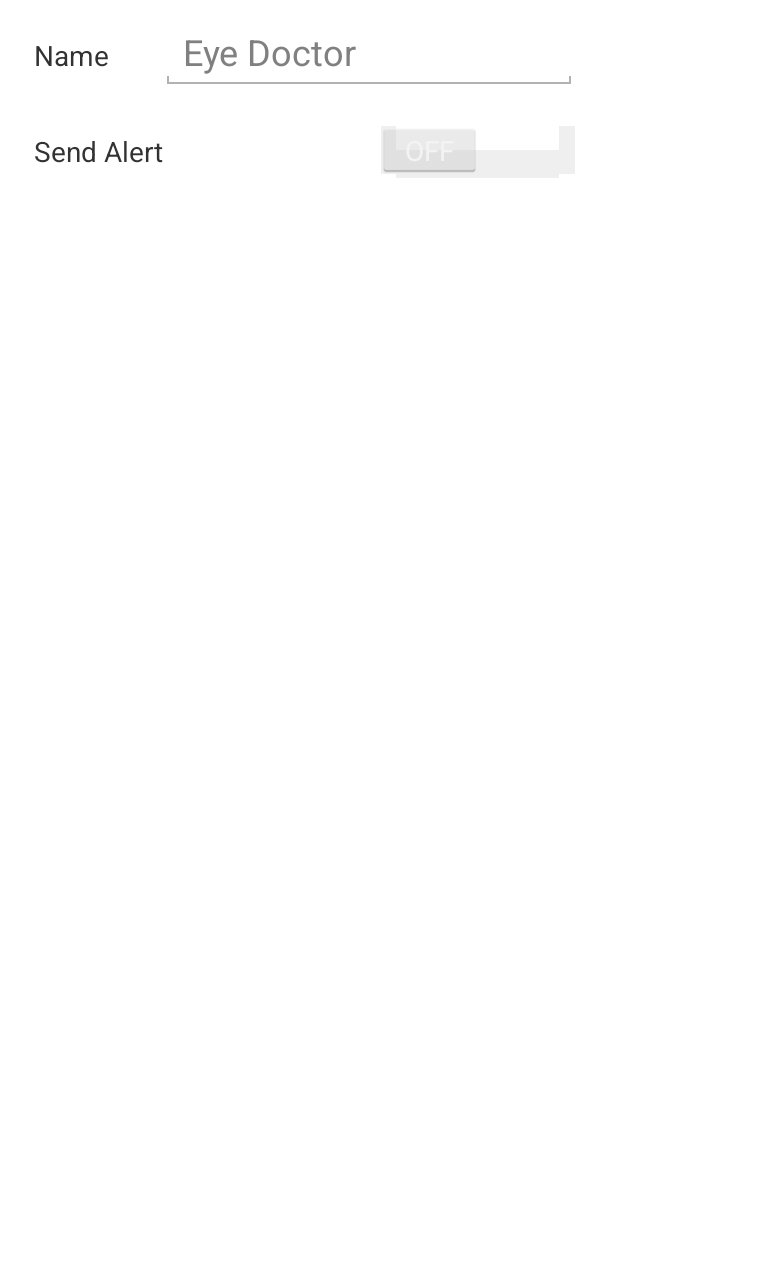
Repository: ranika/pilltracker
Layout: PillTracker/res/layout/fragment_doctor_edit.xml
The author's editor kept a copy of each file at every save. The layout is drawn from the files as they stood at one save, then again after a run of saves.
It is drawn on a 768 x 1280 px phone screen (xhdpi) without system bars, with theme AppTheme; the app's code is not run.

Above is the layout before, as saved 2014-04-10 05:46:35.

After the next 2 saves:
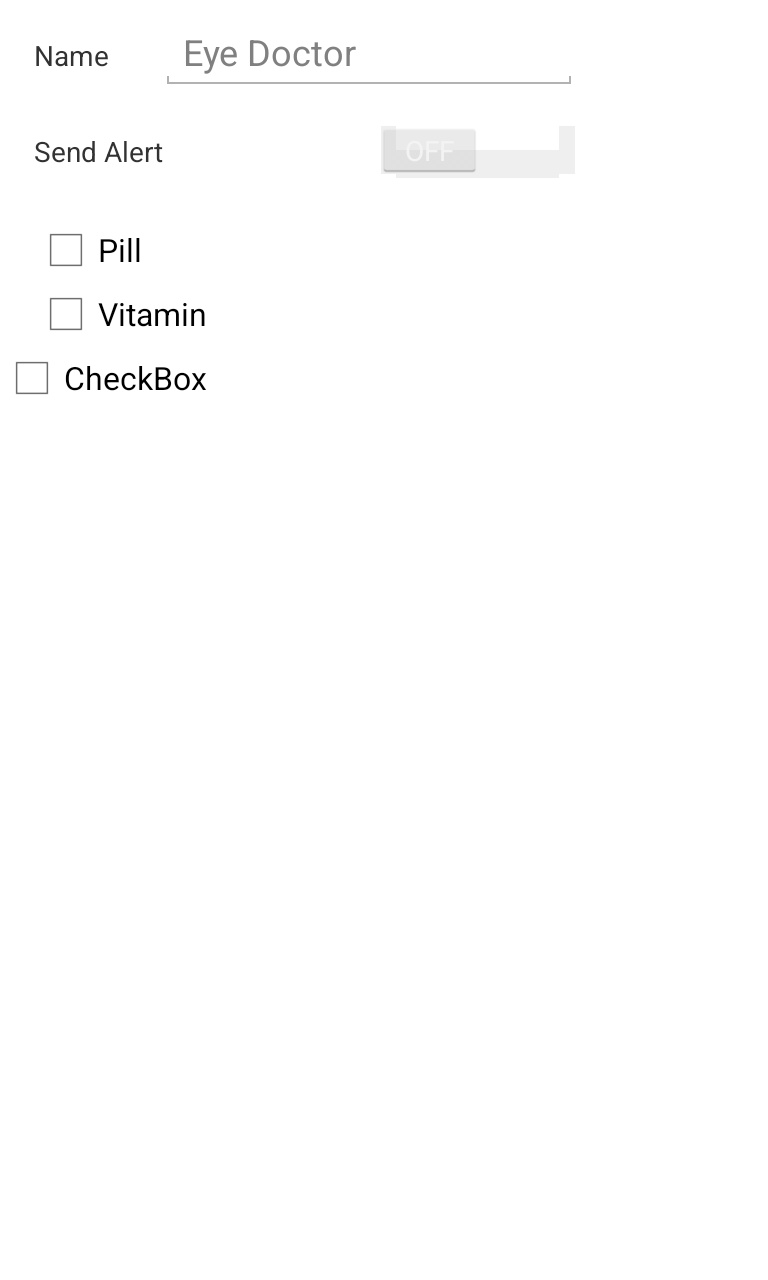
The 2 saves are shown as one change because they came seconds apart.
The last was saved 78 s later.
--- a/PillTracker/res/layout/fragment_doctor_edit.xml
+++ b/PillTracker/res/layout/fragment_doctor_edit.xml
@@ -41,4 +41,29 @@
         android:layout_alignBottom="@+id/textView2"
         android:layout_alignRight="@+id/editText1" />
 
+    <CheckBox
+        android:id="@+id/checkBox1"
+        android:layout_width="wrap_content"
+        android:layout_height="wrap_content"
+        android:layout_alignLeft="@+id/textView2"
+        android:layout_below="@+id/switch1"
+        android:layout_marginTop="20dp"
+        android:text="@string/pill" />
+
+    <CheckBox
+        android:id="@+id/checkBox2"
+        android:layout_width="wrap_content"
+        android:layout_height="wrap_content"
+        android:layout_alignLeft="@+id/checkBox1"
+        android:layout_below="@+id/checkBox1"
+        android:text="@string/vitamin" />
+
+    <CheckBox
+        android:id="@+id/checkBox3"
+        android:layout_width="wrap_content"
+        android:layout_height="wrap_content"
+        android:layout_alignRight="@+id/checkBox2"
+        android:layout_below="@+id/checkBox2"
+        android:text="CheckBox" />
+
 </RelativeLayout>
